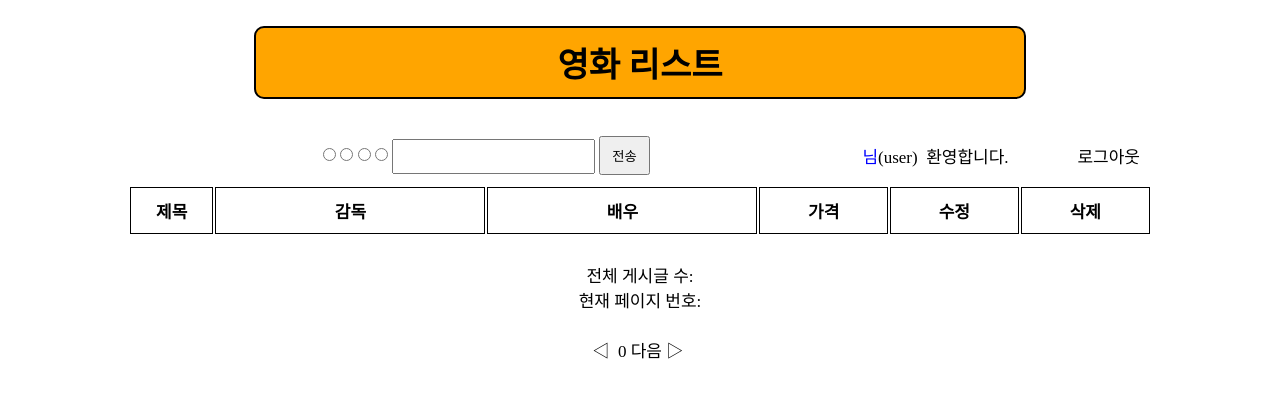
Repository: EverythingOfC/movie
Page: http://localhost/movie/movie/list.jsp
An editor plug-in stored every save of this project. The page is shown before and after the next save, followed by the edit.
The browser window is 1280 px wide. The pictures show the whole page.
The page is served by Tomcat 9. Nobody is signed in. The application's start-up code is not run. The template is opened directly, without the code that normally fills it, so the values that code supplies are empty.

Above is the page before, as saved 2023-01-03 10:01:35.

After the next save:
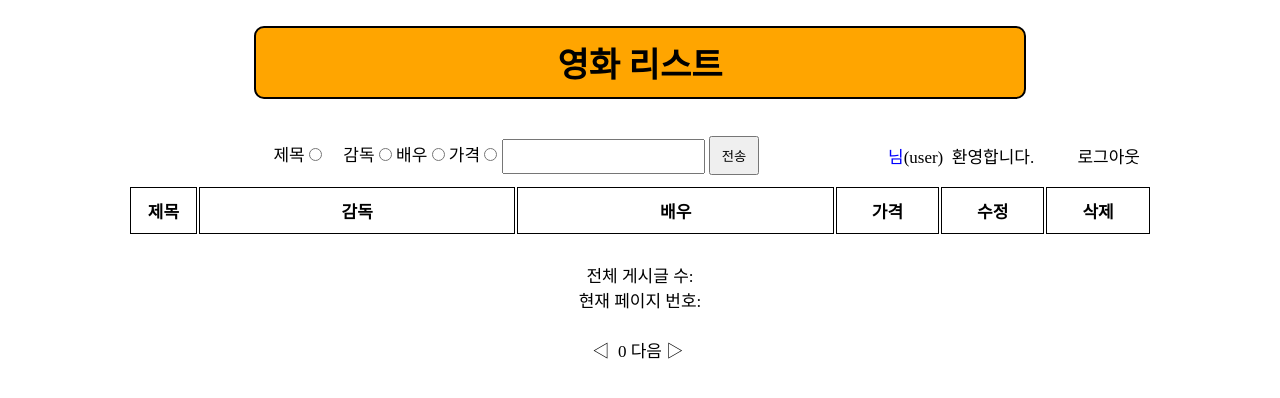
Saved 45 s later.
--- a/movie/src/main/webapp/movie/list.jsp
+++ b/movie/src/main/webapp/movie/list.jsp
@@ -22,9 +22,16 @@
 				<td colspan="2" style="border:0; text-align:center;">
 				<form action="ms?command=list" method="get">
 
-				<input type="radio" name="column" value="title">
+				<label for="title">제목</label>
+				<input type="radio" name="column" value="title">&emsp;
+
+				<label for="direcotr">감독</label>
 				<input type="radio" name="column" value="director">
+
+				<label for="actor">배우</label>
 				<input type="radio" name="column" value="actor">
+
+				<label for="price">가격</label>
 				<input type="radio" name="column" value="price">
 
 				<input type="text" name="search" style="padding:8px 11px;">
